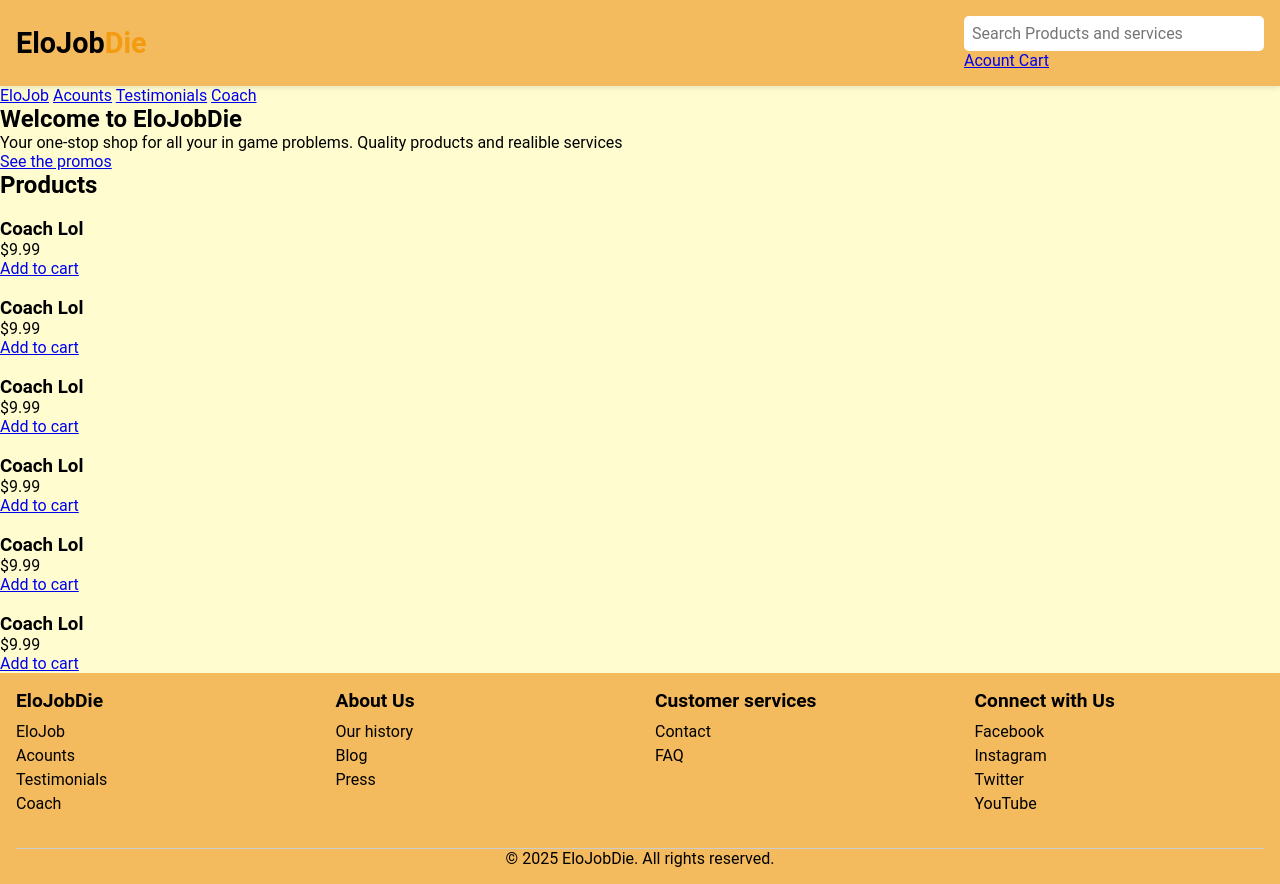
Repository: JustTheHero/web_online_store
Page: homePage.html
An editor plug-in stored every save of this project. The page is shown before and after the next save, followed by the edit.
The browser window is 1280 px wide. The pictures show the whole page.

Above is the page before, as saved 2025-04-24 10:53:02.

### homePage.html
<!DOCTYPE html>
<html>
<head>
    <meta charset="UTF-8">
    <meta name="viewport" content="width=device-width, initial-scale=1.0">
    <title>EloJobDie</title>
    <style>
        * {
            margin: 0;
            padding: 0;
            box-sizing: border-box;
            font-family: 'Poppins', 'Roboto', 'Open Sans', sans-serif;
        }

        .logo {
            font-size: 1.8rem;
            font-weight: bold;
        }
        .logo span {
            color: #f39c12;
        }
        body{
            background-color: #FFFDD0;
        }
        header{
            background-color: #f4ba5e;
            color: black;
            padding: 1rem;
            box-shadow: 0 2px 5px rgba(0, 0, 0, 0.1);
        }
        .container_header{
            display: flex;
            justify-content: space-between;
            align-items: center;
        }
        .search_bar{
            width: 300px;
        }
        .search_bar input{
            width: 100%;
            padding: 0.5rem;
            border: none;
            border-radius: 5px;
            font-size: 1rem;
        }
        footer{
            background-color: #f4ba5e;
            color: black;
            padding: 1rem;
        }
        .content_footer{
            display: grid;
            grid-template-columns: repeat(auto-fill, minmax(250px, 1fr));
            justify-content: space-between;
            margin-bottom: 30px;
            gap: 30px;
        }
        .col_footer h3{
            margin-bottom: 10px;
            font-size: 1.2rem;
        }
        .col_footer ul{
            list-style-type: none;
        }
        .col_footer ul li{
            margin-bottom: 5px;
        }
        .col_footer a{
            text-decoration: none;
            color: black;
            transition: color 0.3s ease;
        }
        .col_footer a:hover{
            color: #ecd5b1;
        }
        .bottom_footer{
            text-align: center;
            margin-top: 10px;
            border-top:1px solid #ccc;
        }

    </style>
</head>
<body>
    <header>
        <div class="container_header">
            <div class="logo">
                EloJob<span>Die</span>
            </div>
            <div class="search_bar">
                <input type = "text" placeholder = "Search Products and services"
            </div>
            <dic class = "icons_navigation">
                <a href="#accont"> Acount
                </a>
                <a href="#cart"> Cart
                </a>
            </dic>
        </div>
    </header>
    <nav>
        <div class = "container_nav">
            <ul class = "nav_itens">
                <li>
                    <a href="#elojob">EloJob</a>
                    <a href="#acounts">Acounts</a>
                    <a href="#testimonials">Testimonials</a>
                    <a href="#coach">Coach</a>
                </li>
            </ul>
        </div>
    </nav>
    <section class = "welcome">
        <div class = "container_welcome">
            <h1>Welcome to EloJobDie</h1>
            <p>Your one-stop shop for all your in game problems. Quality products and realible services</p>
            <a href="#promos">See the promos</a>
        </div>
    </section>

    <section class="products">
        <div class = "container_products">
            <h2>Products</h2>
            <div class = "grid_products">
               <div class = "card_products">
                <div class = "image_products">
                    <img src="" alt="">
                </div>
                <div class = "info_products">
                    <h3 class = "title_product">Coach Lol</h3>
                    <p class = "price_product">$9.99</p>
                    <a href="#add_to_cartc"class = "btn">Add to cart</a>
                </div>
               </div>
            </div>
               <div class = "card_products">
                <div class = "image_products">
                    <img src="" alt="">
                </div>
                <div class = "info_products">
                    <h3 class = "title_product">Coach Lol</h3>
                    <p class = "price_product">$9.99</p>
                    <a href="#add_to_cartc"class = "btn">Add to cart</a>
                </div>
               </div>
            </div>
               <div class = "card_products">
                <div class = "image_products">
                    <img src="" alt="">
                </div>
                <div class = "info_products">
                    <h3 class = "title_product">Coach Lol</h3>
                    <p class = "price_product">$9.99</p>
                    <a href="#add_to_cartc"class = "btn">Add to cart</a>
                </div>
               </div>
            </div>
               <div class = "card_products">
                <div class = "image_products">
                    <img src="" alt="">
                </div>
                <div class = "info_products">
                    <h3 class = "title_product">Coach Lol</h3>
                    <p class = "price_product">$9.99</p>
                    <a href="#add_to_cartc"class = "btn">Add to cart</a>
                </div>
               </div>
            </div>
               <div class = "card_products">
                <div class = "image_products">
                    <img src="" alt="">
                </div>
                <div class = "info_products">
                    <h3 class = "title_product">Coach Lol</h3>
                    <p class = "price_product">$9.99</p>
                    <a href="#add_to_cartc"class = "btn">Add to cart</a>
                </div>
               </div>
            </div>
               <div class = "card_products">
                <div class = "image_products">
                    <img src="" alt="">
                </div>
                <div class = "info_products">
                    <h3 class = "title_product">Coach Lol</h3>
                    <p class = "price_product">$9.99</p>
                    <a href="#add_to_cartc"class = "btn">Add to cart</a>
                </div>
               </div>
            </div>
        </div>
    </section>
    <footer>
        <div class = "container_footer">
            <div class = "content_footer">
                <div class = "col_footer">
                    <h3>EloJobDie</h3>
                    <ul>
                        <li><a href="#elojob">EloJob</a></li>
                        <li><a href="#acounts">Acounts</a></li>
                        <li><a href="#testimonials">Testimonials</a></li>
                        <li><a href="#coach">Coach</a></li>
                    </ul>

                </div>
                <div class = "col_footer">
                    <h3>About Us</h3>
                    <ul>
                        <li><a href="#history">Our history</a></li>
                        <li><a href="#blog">Blog</a></li>
                        <li><a href="#press">Press</a></li>
                    </ul>
                </div>
                <div class = "col_footer">
                    <h3>Customer services</h3>
                    <ul>
                        <li><a href="#contact">Contact</a></li>
                        <li><a href="#faq">FAQ</a></li>
                    </ul>
                </div>
                <div class = "col_footer">
                    <h3>Connect with Us</h3>
                    <ul>
                        <li><a href="#facebook">Facebook</a></li>
                        <li><a href="#instagram">Instagram</a></li>
                        <li><a href="#twitter">Twitter</a></li>
                        <li><a href="#youtube">YouTube</a></li>
                    </ul>
                </div>
            </div>
            <div class = "bottom_footer">
                <p>&copy; 2025 EloJobDie. All rights reserved.</p>
            </div>
        </div>
    </footer>


</body>
</html>

After the next save:
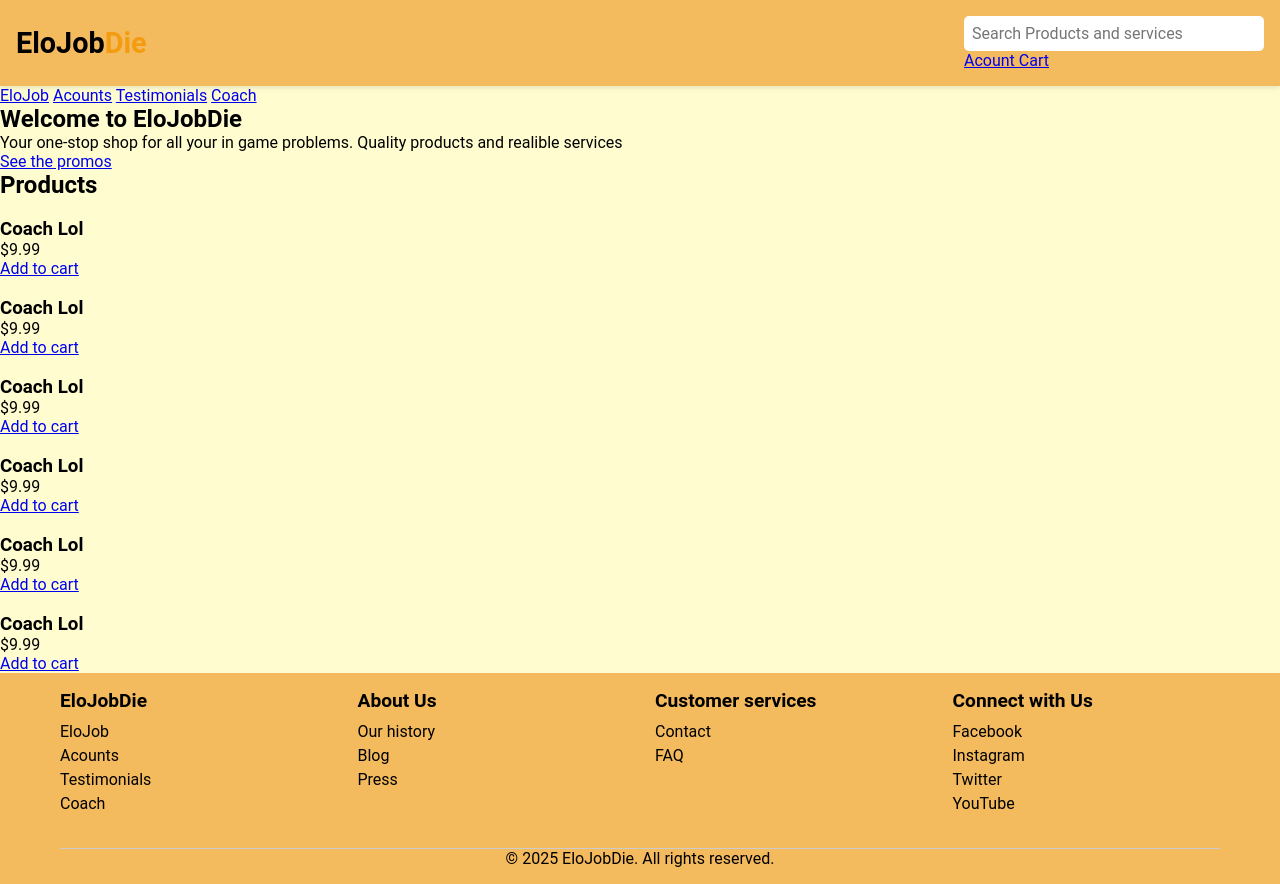
Saved 52 s later.
--- a/homePage.html
+++ b/homePage.html
@@ -28,6 +28,12 @@
             padding: 1rem;
             box-shadow: 0 2px 5px rgba(0, 0, 0, 0.1);
         }
+        .container_footer {
+            max-width: 1200px;
+            margin: 0 auto;
+            padding: 0 20px;
+        }
+
         .container_header{
             display: flex;
             justify-content: space-between;
